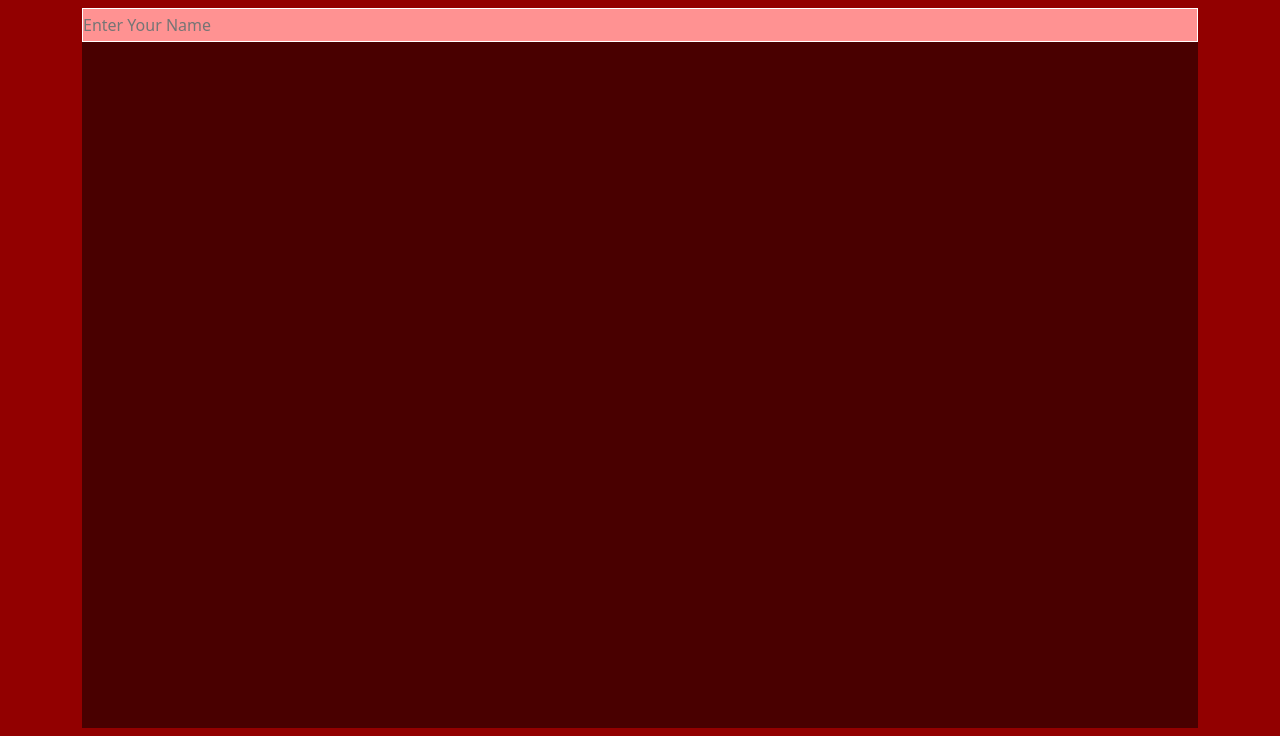
Repository: Haneef-Shaik/Greetings
Page: /
These files come from the project's save history. The page is drawn as it stood at one moment and after the next save; the edit follows.
The browser window is 1280 px wide. The pictures show the whole page.
The project was rebuilt for these pictures with package versions that can differ from the ones it lists, and the page was loaded fresh each time. The framework's server and built-in components were replaced by stand-ins that run in the browser. Also part of the build but not shown: next.config.js, styles/card.module.scss, components/card.js, styles/socialShare.module.scss, components/socialShare.js.

Above is the page before, as saved 2021-12-01 20:09:25.

### pages/_app.js
import '../styles/globals.css'
import 'bootstrap/dist/css/bootstrap.css'


function MyApp({ Component, pageProps }) {
  return <Component {...pageProps} />
}

export default MyApp

### pages/index.js
import Card from "../components/card.js";
import {useRouter} from 'next/router';
import Ss from "../components/socialShare"
import InpFrm from "../components/form"

export default function Home() {
  const {query} = useRouter();
  const myurls='https://gratefulprayerthankfulheart.com/wp-content/uploads/2014/12/aquawhitechristmastreegreeting.jpg';

  if(query.length > 0)
  {

    if(query.greeting)
    {
      return (
        <>
          <Card event={query.event} image={query.bgImg} name={query.name} greeting={query.greeting}  />
        </>
          )
    }
    else
    {
      return (
        <>
          <Card event={query.event} image={query.bgImg} name={query.name}  />
        </>
          )
    }

  }
  else
  {
    return (
        <>
          <InpFrm />
        </>
        )
  }
    // return (
    //   <>
        {/* <Card event='Event' image={myurls} name='Name' color='red' greeting="Lorem Ipsum is simply dummy text of the printing and typesetting industry. Lorem Ipsum has been thing software like Aldus PageMaker including versions of Lorem Ipsum."  /> */}
        {/* <Ss mylink="localhost:3000/name=haneef&event=christmas" /> */}
    {/*     <Ss mylink="localhost:3000/name=haneef&event=christmasW&sddsajnodsoduaibdadbksa" /> */}
    //   </>
    //     )

}

### components/form.js
/* eslint-disable no-undef */
import React, {useState,useRef} from 'react'

import 'bootstrap/dist/css/bootstrap.min.css';
import styles from '../styles/form.module.scss';
import IMAGE from 'next/image'


function Edit() {
    return (
        <div className="container-fluid p-2 "  style={{backgroundColor:'#920000'} }>
            <div className="container">
                <div className="row">
                    <div className="col-12">
                        <div className={styles.formContainer} >
                            <form>
                                <input type="text" placeholder="Enter Your Name" className="col-12 inpName" />
                            </form>
                        </div>
                    </div>
                </div>
            </div>
        </div>
    )
}


class InvitationCard extends React.Component{
    render(){
        return (

                <div className="body p-2" style={{backgroundColor: this.props.c,backgroundImage:`url(${this.props.im})`,backgroundSize:350,backgroundRepeat:'no-repeat'}} >
                    <h1 id="heading" style={{color: this.props.heading}}>{this.props.name}</h1>
                    <p style={{marginTop: "50px",color: this.props.content}}>{this.props.message}</p>
                    <p style={{color: this.props.content}} id="toWhom">{this.props.to}</p>
                </div>
        )
    }

}



export default Edit;

### styles/form.module.scss
.formContainer{
    height:100vh;
    background-color:#490000;
    input{
        border:1px solid #FFFFFF;
        background-color:#FF9292;
        line-height:2rem
    }
}

Loaded but not shown: styles/globals.css (common file)

After the next save:
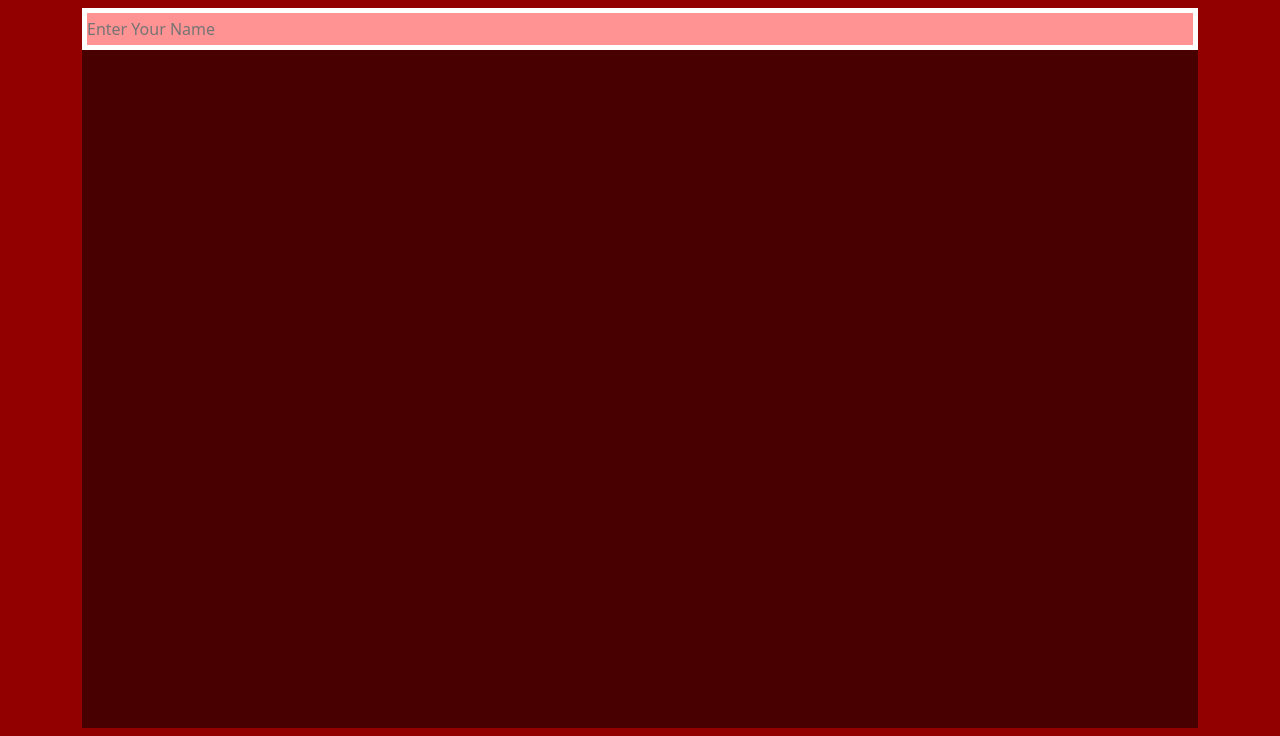
Saved 12 s later.
--- a/styles/form.module.scss
+++ b/styles/form.module.scss
@@ -2,8 +2,9 @@
     height:100vh;
     background-color:#490000;
     input{
-        border:1px solid #FFFFFF;
+        border:5px solid #FFFFFF;
         background-color:#FF9292;
-        line-height:2rem
+        line-height:2rem;
+
     }
 }
